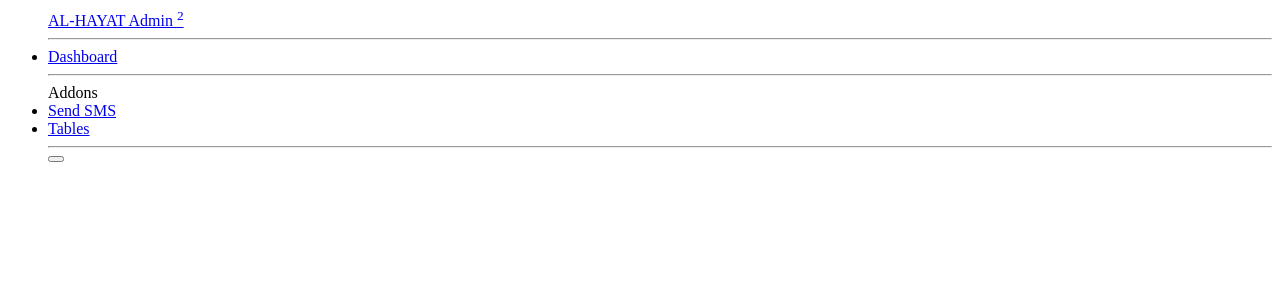
Repository: aache/alhayat
Page: http://localhost/admin/sidebar.php
These files come from the project's save history. The page is drawn as it stood at one moment and after the next save; the edit follows.
The browser window is 1280 px wide. The pictures show the whole page.
The page is run by PHP 8.4 with error messages shown; the project is at /var/www/html/.

Above is the page before, as saved 2019-04-13 10:38:37.

### admin/sidebar.php
<ul class="navbar-nav bg-gradient-primary sidebar sidebar-dark accordion" id="accordionSidebar">

<!-- Sidebar - Brand -->
<a class="sidebar-brand d-flex align-items-center justify-content-center" href="index.html">
  <div class="sidebar-brand-icon rotate-n-15">
    <i class="fas fa-laugh-wink"></i>
  </div>
  <div class="sidebar-brand-text mx-3">AL-HAYAT Admin <sup>2</sup></div>
</a>

<!-- Divider -->
<hr class="sidebar-divider my-0">

<!-- Nav Item - Dashboard -->
<li class="nav-item active">
  <a class="nav-link" href="index.html">
    <i class="fas fa-fw fa-tachometer-alt"></i>
    <span>Dashboard</span></a>
</li>

<!-- Divider -->
<hr class="sidebar-divider">

<!-- Heading -->
<div class="sidebar-heading">
  Addons
</div>

<!-- Nav Item - Charts -->
<li class="nav-item">
  <a class="nav-link" href="send_sms.php">
    <i class="fas fa-fw fa-chart-area"></i>
    <span>Send SMS</span></a>
</li>

<!-- Nav Item - Tables -->
<li class="nav-item">
  <a class="nav-link" href="tables.html">
    <i class="fas fa-fw fa-table"></i>
    <span>Tables</span></a>
</li>

<!-- Divider -->
<hr class="sidebar-divider d-none d-md-block">

<!-- Sidebar Toggler (Sidebar) -->
<div class="text-center d-none d-md-inline">
  <button class="rounded-circle border-0" id="sidebarToggle"></button>
</div>

</ul>

After the next save:
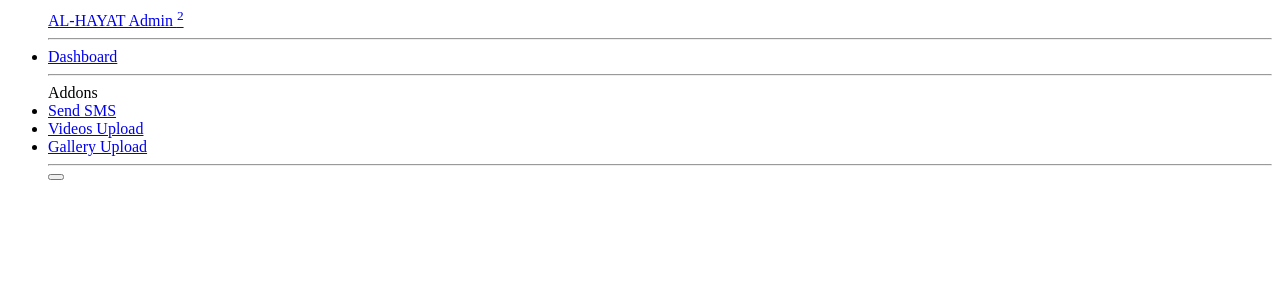
Saved 74 s later.
--- a/admin/sidebar.php
+++ b/admin/sidebar.php
@@ -33,11 +33,18 @@
     <span>Send SMS</span></a>
 </li>
 
-<!-- Nav Item - Tables -->
+<!-- Nav Item - Charts -->
 <li class="nav-item">
-  <a class="nav-link" href="tables.html">
-    <i class="fas fa-fw fa-table"></i>
-    <span>Tables</span></a>
+  <a class="nav-link" href="send_sms.php">
+    <i class="fas fa-fw fa-chart-area"></i>
+    <span>Videos Upload</span></a>
+</li>
+
+<!-- Nav Item - Charts -->
+<li class="nav-item">
+  <a class="nav-link" href="send_sms.php">
+    <i class="fas fa-fw fa-chart-area"></i>
+    <span>Gallery Upload</span></a>
 </li>
 
 <!-- Divider -->
